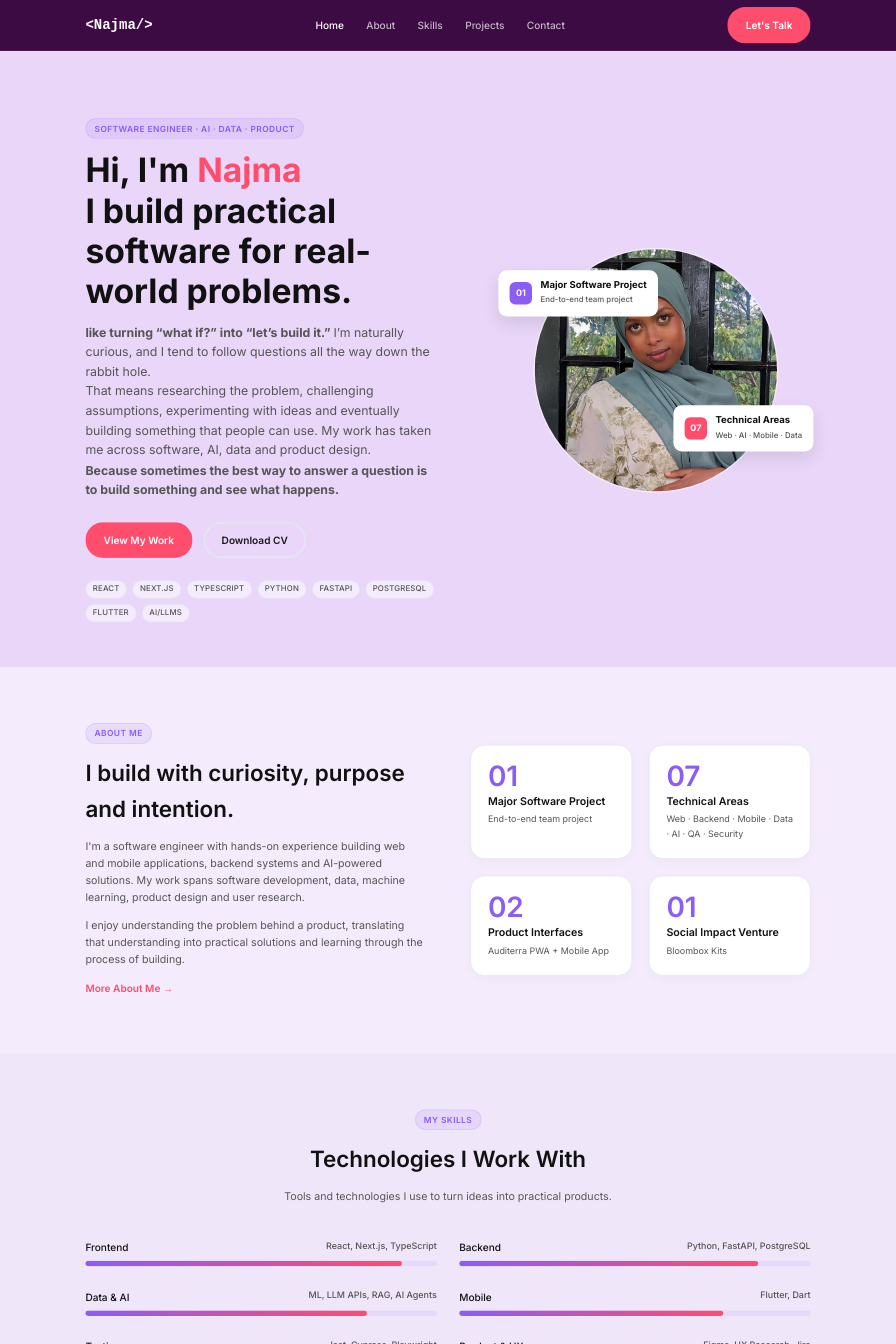
Repository: najmahares/portfolio
Page: index.html
These files come from the project's save history. The page is drawn as it stood at one moment and after the next save; the edit follows.
The browser window is 1280 px wide. The pictures show the part of the page from y = 0 to 1920 px (the page is 3441 px tall), at 70% of full size.

Above is the page before, as saved 2026-09-19 06:19:40.

After the next save:
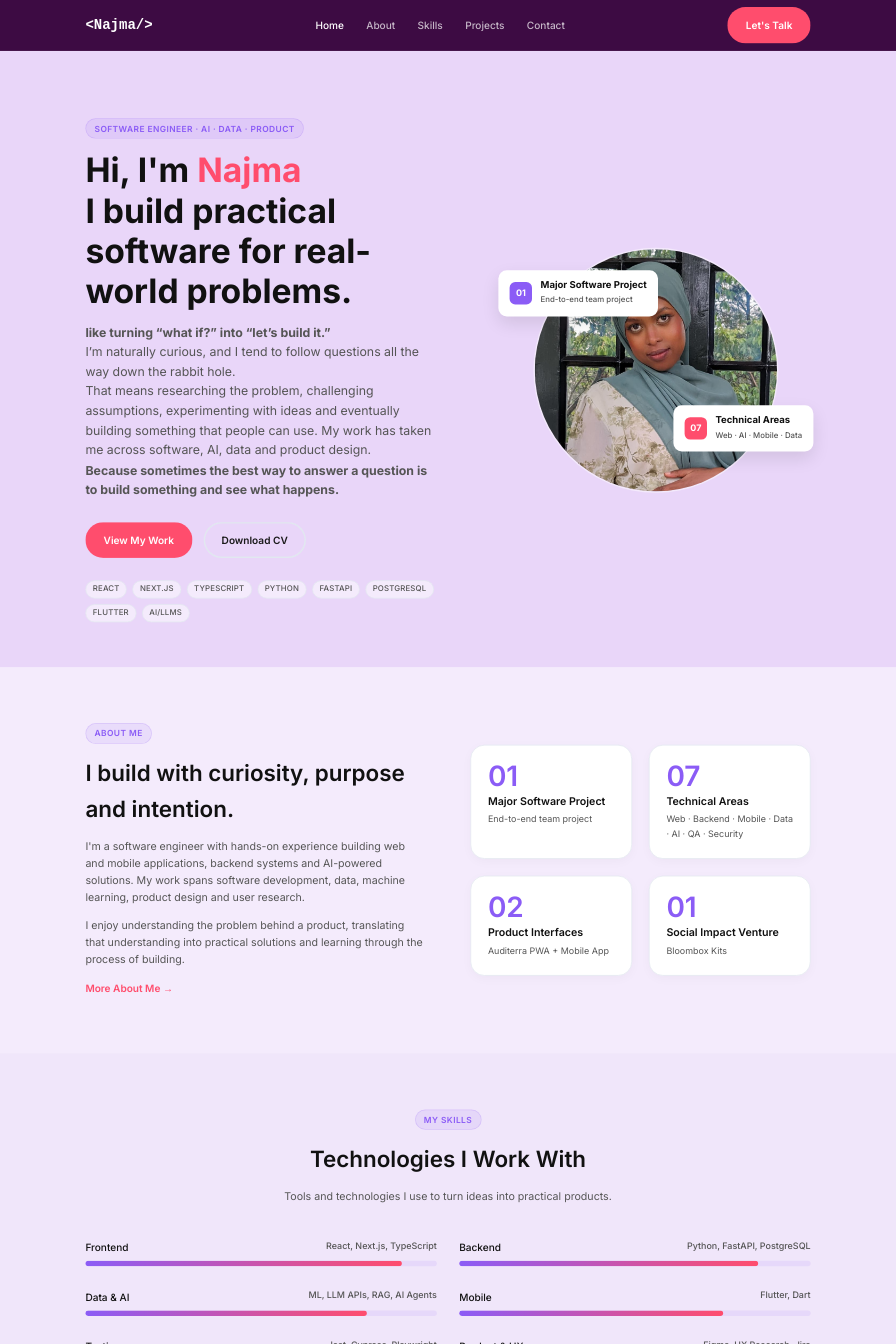
Saved 6 s later.
--- a/index.html
+++ b/index.html
@@ -42,9 +42,10 @@
             practical software for real-world problems.
           </h1>
           <p class="hero-desc reveal">
-            <strong>like turning “what if?” into “let’s build it.” </strong> I’m
-            naturally curious, and I tend to follow questions all the way down
-            the rabbit hole. <br />
+            <strong>like turning “what if?” into “let’s build it.” </strong>
+            <br />
+            I’m naturally curious, and I tend to follow questions all the way
+            down the rabbit hole. <br />
             That means researching the problem, challenging assumptions,
             experimenting with ideas and eventually building something that
             people can use. My work has taken me across software, AI, data and
